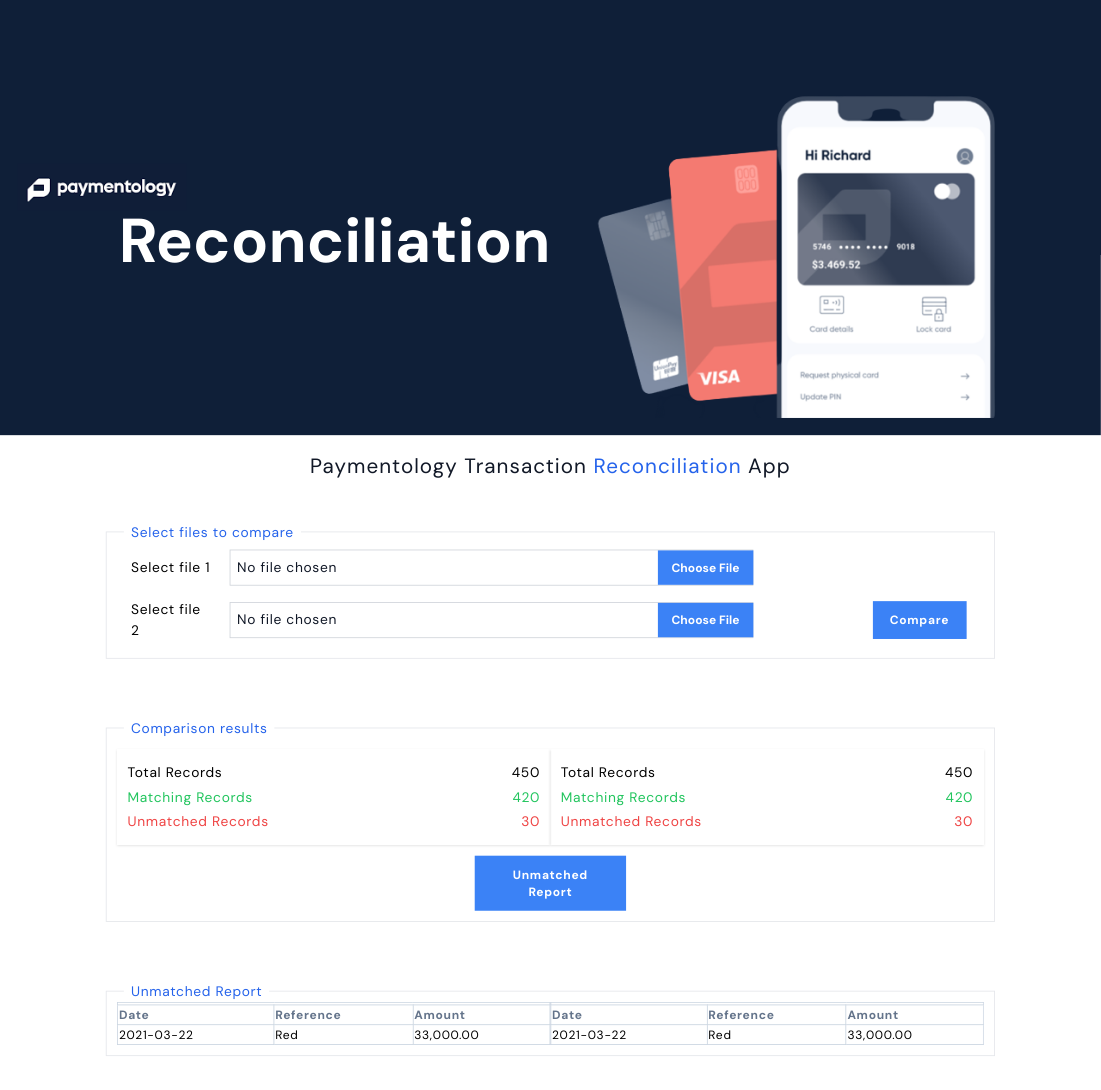
Repository: chionye/paymentology-front
Page: /
These files come from the project's save history. The page is drawn as it stood at one moment and after a run of saves; the edit follows.
The browser window is 1280 px wide. The pictures show the whole page, at 86% of full size.
The project was rebuilt for these pictures with package versions that can differ from the ones it lists, and the page was loaded fresh each time.

Above is the page before, as saved 2022-03-20 13:48:15.

After the next 3 saves:
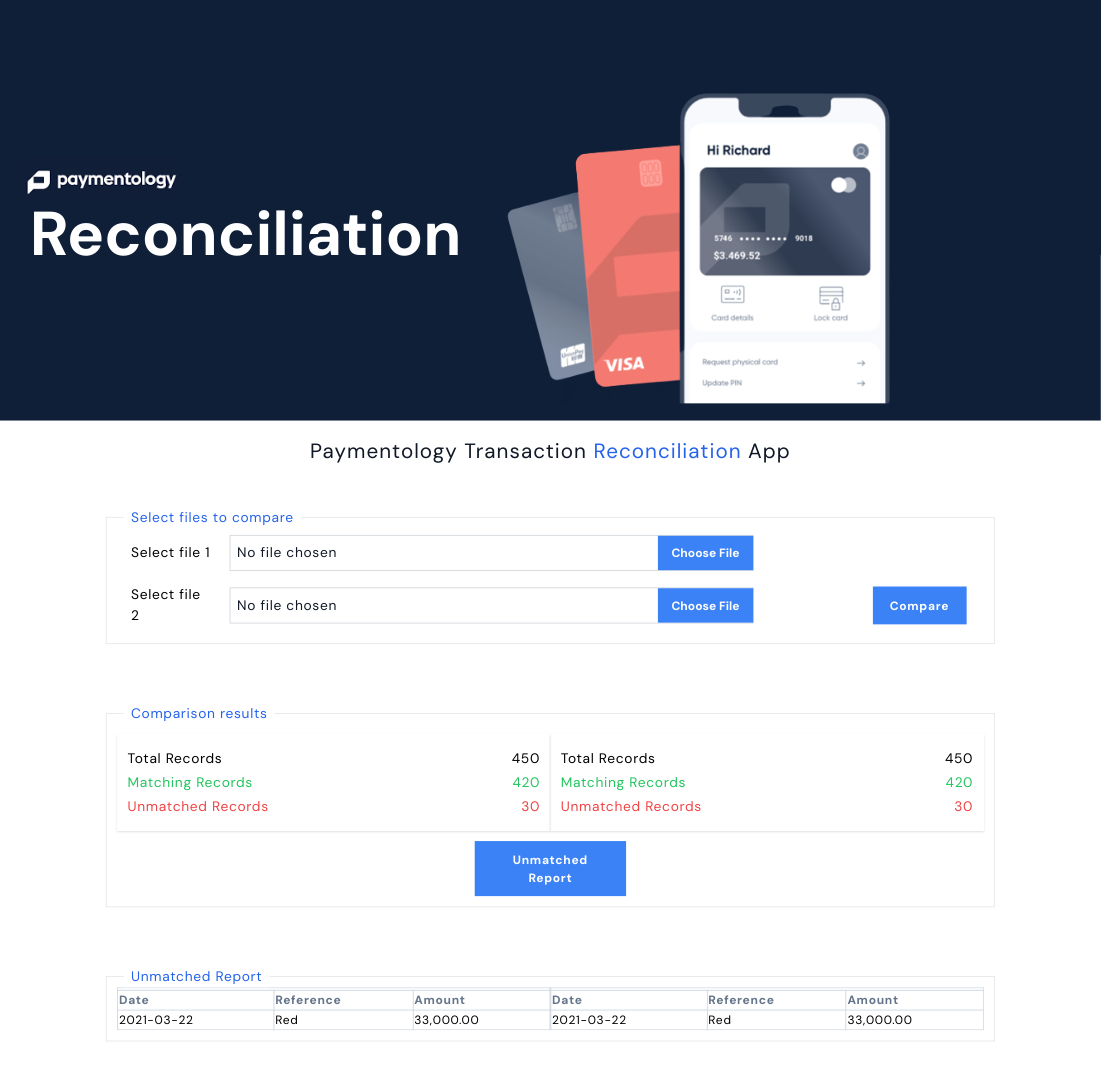
The 3 saves are shown as one change because they came seconds apart.
The last was saved 11 s later.
--- a/src/components/Banner.js
+++ b/src/components/Banner.js
@@ -8,7 +8,7 @@ const Banner = () => {
     return(
         <div style={style} >
             <Container>
-                <div className="flex flex-col md:flex-row md:justify-between md:items-center">
+                <div className="w-5/6 flex flex-col md:flex-row md:justify-between md:items-center">
                     <div className="w-1/2 text-white text-7xl font-bold text-right">
                         <img className="" src={Logo}  alt="Paymentology Logo"/>
                         <h1>Reconciliation</h1>
